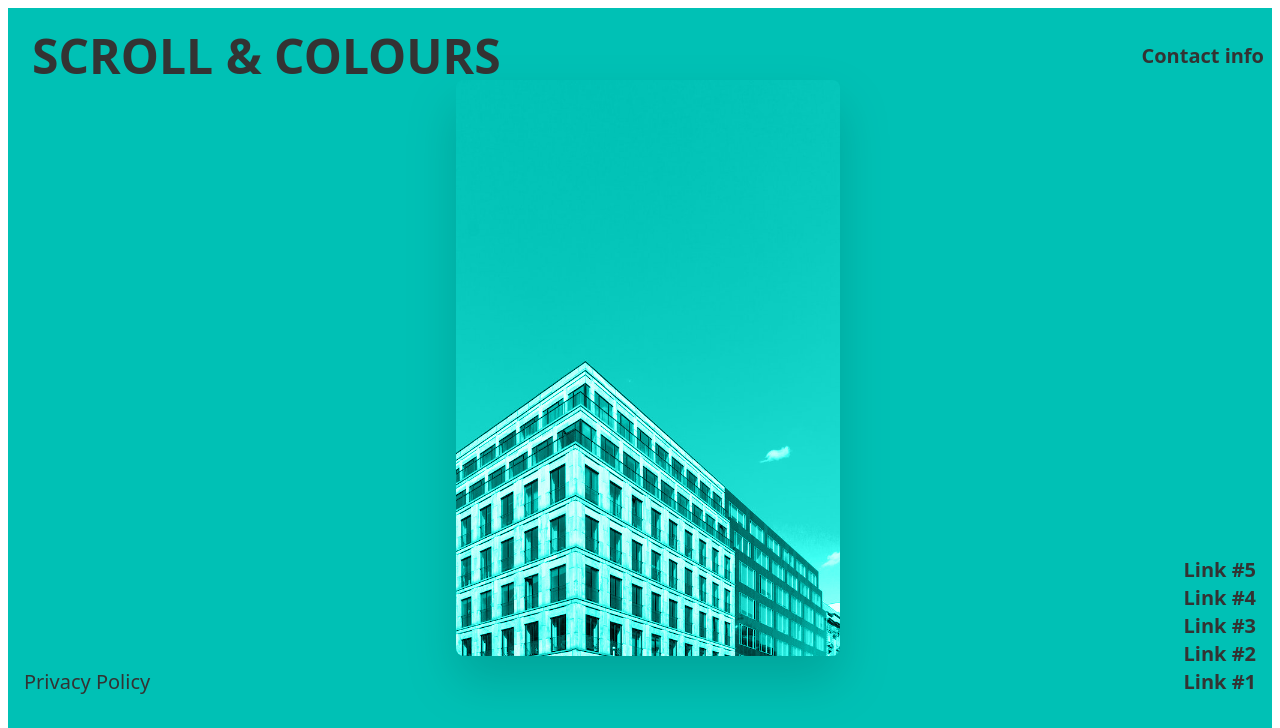
Repository: chelle-c/smooth-scroll-colours
Page: /
These files come from the project's save history. The page is drawn as it stood at one moment and after the next save; the edit follows.
The browser window is 1280 px wide. The pictures show the whole page.
An inner scrolling area shows only its first screen. The project was rebuilt for these pictures with package versions that can differ from the ones it lists, and the page was loaded fresh each time. Imported but missing from the stored project, and not drawn on this page: images.

Above is the page before, as saved 2022-09-21 23:22:10.

### src/App.svelte
<script>
	import '/images/';
</script>

<main
	class="min-w-full min-h-screen flex flex-col scrollsnap-container scroll-smooth"
>
	<div
		class="min-w-full p-6 flex flex-row justify-between items-center z-10 fixed"
	>
		<div>
			<h1 class="font-sans font-bold text-5xl uppercase">
				Scroll & Colours
			</h1>
		</div>
		<div class="font-sans font-bold text-xl">Contact info</div>
	</div>

	<section
		class="flex min-w-full min-h-screen justify-center items-center transition-colors snap-always"
		id="section5"
	>
		<div class="mix-blend-luminosity drop-shadow-2xl">
			<img
				class="w-96 rounded-lg"
				src="/images/image-turquoise.jpg"
				alt="White building against turquoise sky"
			/>
		</div>
	</section>

	<section
		class="flex min-w-full min-h-screen justify-center items-center transition-colors snap-always"
		id="section4"
	>
		<div class="mix-blend-luminosity drop-shadow-2xl">
			<img
				class="w-96 rounded-lg"
				src="/images/image-orange.jpg"
				alt="White building against turquoise sky"
			/>
		</div>
	</section>

	<section
		class="flex min-w-full min-h-screen justify-center items-center transition-colors snap-always"
		id="section3"
	>
		<div class="mix-blend-luminosity drop-shadow-2xl">
			<img
				class="w-96 rounded-lg"
				src="/images/image-yellow.jpg"
				alt="White building against turquoise sky"
			/>
		</div>
	</section>

	<section
		class="flex min-w-full min-h-screen justify-center items-center transition-colors snap-always"
		id="section2"
	>
		<div class="mix-blend-luminosity drop-shadow-2xl">
			<img
				class="w-96 rounded-lg"
				src="/images/image-blue.jpg"
				alt="White building against turquoise sky"
			/>
		</div>
	</section>

	<section
		class="flex min-w-full min-h-screen justify-center items-center transition-colors snap-always"
		id="section1"
	>
		<div class="mix-blend-luminosity drop-shadow-2xl">
			<img
				class="w-96 rounded-lg"
				src="/images/image-red.jpg"
				alt="White building against turquoise sky"
			/>
		</div>
	</section>
	<div
		class="min-w-full p-6 flex flex-row justify-between items-end z-10 fixed bottom-0 left-0 pointer-events-none"
	>
		<div class="font-sans text-xl pointer-events-auto">Privacy Policy</div>
		<div class="font-sans font-semibold text-xl pointer-events-auto">
			<ul>
				<li><a href="#section5">Link #5</a></li>
				<li><a href="#section4">Link #4</a></li>
				<li><a href="#section3">Link #3</a></li>
				<li><a href="#section2">Link #2</a></li>
				<li><a href="#section1">Link #1</a></li>
			</ul>
		</div>
	</div>
</main>

<style global lang="postcss">
	@tailwind base;
	@tailwind components;
	@tailwind utilities;

	:global(body) {
		margin: 0;
		padding: 0;
		overflow: hidden;
	}

	.scrollsnap-container {
		max-height: 100vh;
		overflow-x: hidden;
		overflow-y: scroll;
		scroll-snap-type: mandatory; /* for older browsers */
		scroll-snap-points-y: repeat(100vh); /* for older browsers */
		scroll-snap-type: y mandatory;
		background: transparent;
		scrollbar-width: none;
	}

	a,
	a:visited {
		color: inherit;
	}

	section {
		display: flex;
		justify-content: center;
		align-items: center;
		width: 100vw;
		height: 100vh;
		scroll-snap-align: start;
		position: relative;
		background: inherit;
	}

	#section5 {
		background: #00c1b5;
	}

	#section4 {
		background: #ff651a;
	}

	#section3 {
		background: #ffbe00;
	}

	#section2 {
		background: #1d3fbb;
	}

	#section1 {
		background: #e30512;
	}
</style>

### tailwind.config.js
/** @type {import('tailwindcss').Config} */
const production = process.env.NODE_ENV !== 'development'
module.exports = {
	future: {
		purgeLayersByDefault: true,
		removeDeprecatedGapUtilities: true,
	},
	purge: {
		content: ['./src/**/*.svelte'],
		enabled: production, // disable purge in dev
	},
	content: [],
	theme: {
		extend: {},
	},
	plugins: [],
};

### public/global.css
html, body {
	position: relative;
	width: 100%;
	height: 100%;
}

body {
	color: #333;
	margin: 0;
	padding: 8px;
	box-sizing: border-box;
	font-family: -apple-system, BlinkMacSystemFont, "Segoe UI", Roboto, Oxygen-Sans, Ubuntu, Cantarell, "Helvetica Neue", sans-serif;
}

a {
	color: rgb(0,100,200);
	text-decoration: none;
}

a:hover {
	text-decoration: underline;
}

a:visited {
	color: rgb(0,80,160);
}

label {
	display: block;
}

input, button, select, textarea {
	font-family: inherit;
	font-size: inherit;
	-webkit-padding: 0.4em 0;
	padding: 0.4em;
	margin: 0 0 0.5em 0;
	box-sizing: border-box;
	border: 1px solid #ccc;
	border-radius: 2px;
}

input:disabled {
	color: #ccc;
}

button {
	color: #333;
	background-color: #f4f4f4;
	outline: none;
}

button:disabled {
	color: #999;
}

button:not(:disabled):active {
	background-color: #ddd;
}

button:focus {
	border-color: #666;
}

Loaded but not shown: public/index.html (common file); src/main.js (common file)

After the next save:
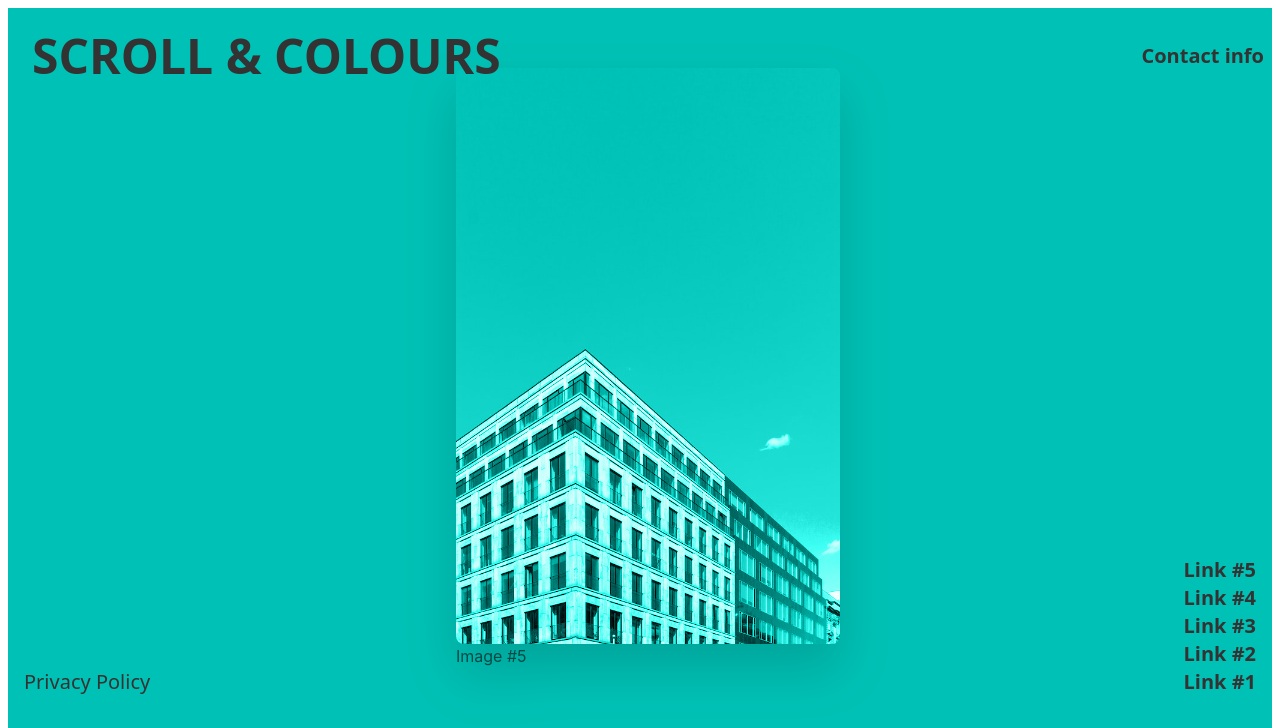
Saved 103 s later.
--- a/src/App.svelte
+++ b/src/App.svelte
@@ -20,12 +20,13 @@
 		class="flex min-w-full min-h-screen justify-center items-center transition-colors snap-always"
 		id="section5"
 	>
-		<div class="mix-blend-luminosity drop-shadow-2xl">
+		<div class="flex flex-col mix-blend-luminosity drop-shadow-2xl">
 			<img
 				class="w-96 rounded-lg"
 				src="/images/image-turquoise.jpg"
 				alt="White building against turquoise sky"
 			/>
+			<h3>Image #5</h3>
 		</div>
 	</section>
 
